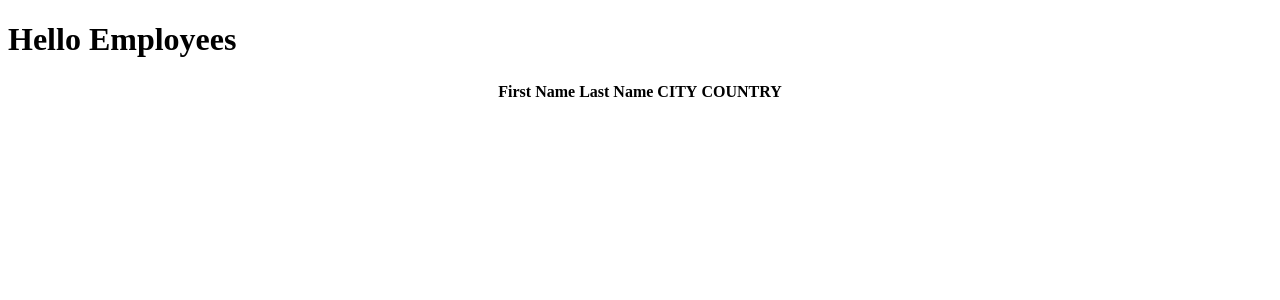
Repository: SaumyaGuptaTechnokrat/Employee_management
Page: http://localhost/Employee/EmployeeList.jsp
The author's editor kept a copy of each file at every save. The page is drawn from the files as they stood at one save, then again after a run of saves.
The browser window is 1280 px wide. The pictures show the whole page.
The page is served by Tomcat 9. Queries for data that is not in the repository find no rows.

Above is the page before, as saved 2023-02-11 15:20:13.

After the next 2 saves:
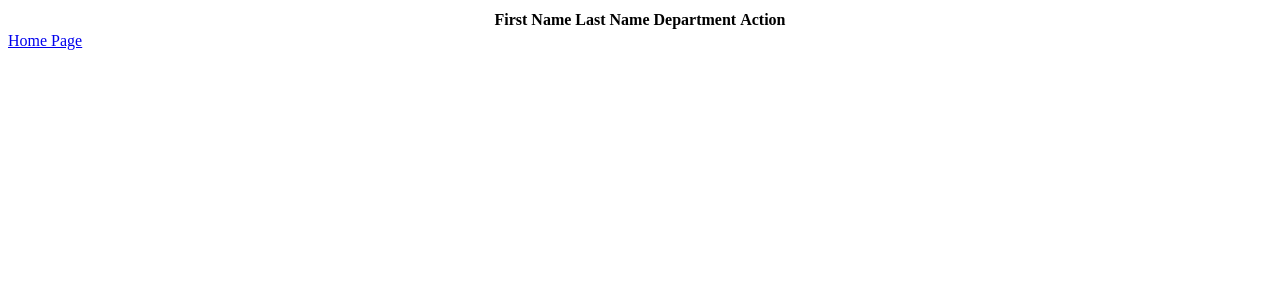
The 2 saves are shown as one change because 1 did not build or start.
The last was saved 16 h 2 min later.
--- a/Employee/src/main/webapp/EmployeeList.jsp
+++ b/Employee/src/main/webapp/EmployeeList.jsp
@@ -7,19 +7,18 @@
 <title>Insert title here</title>
 </head>
 <body>
-<h1>Hello Employees</h1>
 <%
-out.print("<table align='center' class='table'><tr><th>First Name</th><th>Last Name</th><th>CITY</th><th>COUNTRY</th></tr>");
+out.print("<table align='center' class='table'><tr><th>First Name</th><th>Last Name</th><th>Department</th><th>Action</th></tr>");
 for(Employee e:(List<Employee>)EmployeeDAO.getAllEmployee())
 {
-
-	out.println("<tr>");
-	out.println("<td>"+e.getFName()+"</td><td> "+e.getLName()+"</td><td> "+e.getCity()+"</td><td>"+e.getCountry()+"</td>");
-	/*out.print("<td><a class='btn btn-danger' href='delete.jsp?id="+e.getId()+"'>Delete</a></td>");
-	out.print("<td><a class='btn btn-warning' href='update.jsp?id="+e.getId()+"'>Update</a></td>");*/
-	out.println("</tr>");
+	out.print("<tr>");
+	out.println("<td>"+e.getFName()+"</td><td> "+e.getLName()+"</td><td> "+e.getCity()+"</td>");
+	out.print("<td><a class='btn btn-danger' href='delete.jsp?id="+e.getId()+"'>Delete</a></td>");
+	out.print("<td><a class='btn btn-warning' href='update.jsp?id="+e.getId()+"'>Update</a></td>");
+	out.print("</tr>");
 }
-out.println("</table>");
+out.print("</table>");
 %>
+<a href="index.jsp">Home Page</a>
 </body>
 </html>
